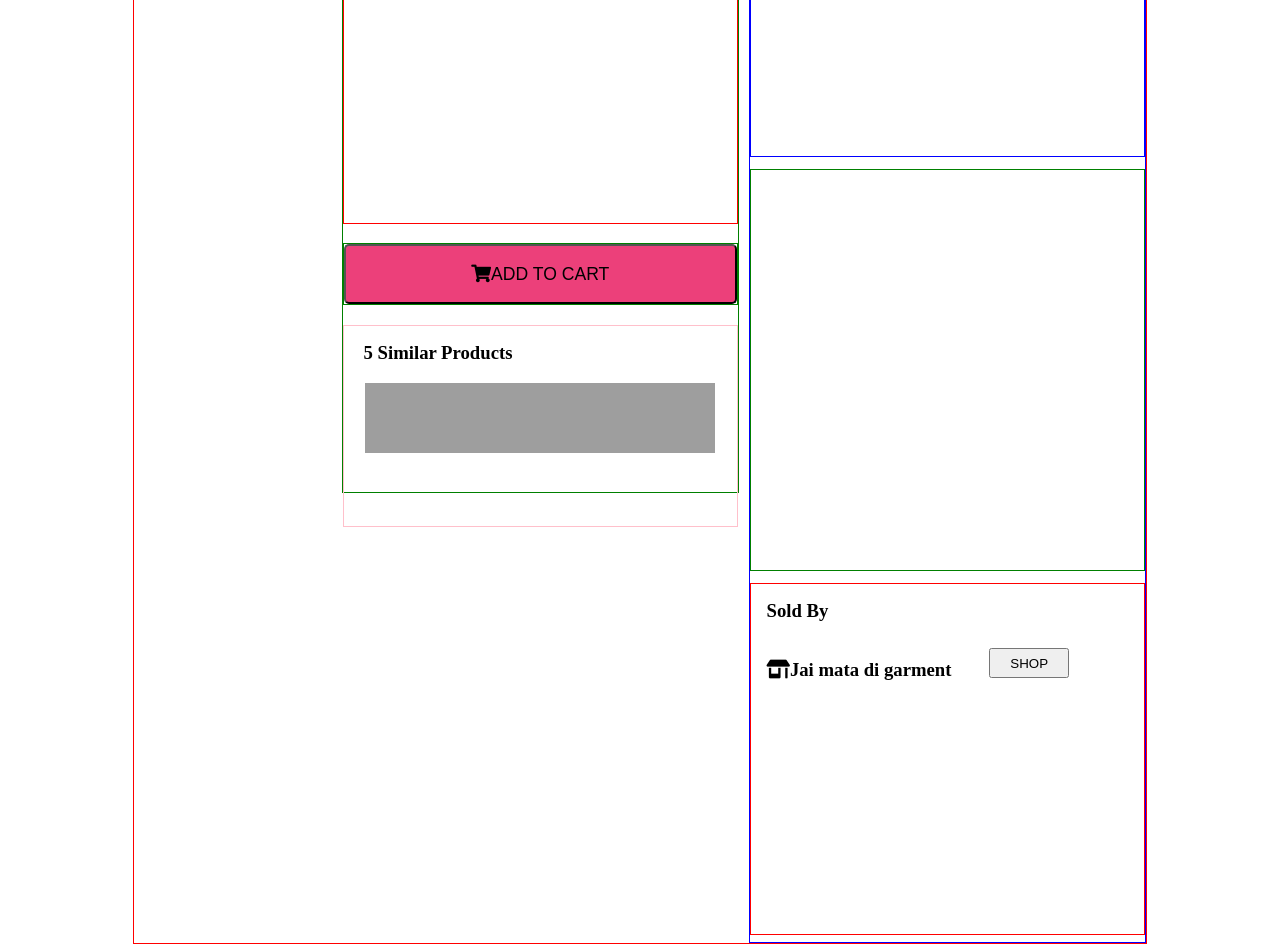
Repository: deepakxxxx/meesho
Page: catelog.html
The author's editor kept a copy of each file at every save. The page is drawn from the files as they stood at one save, then again after the next save.
The browser window is 1280 px wide. The pictures show the part of the page from y = 419 to 1371 px (the page is 1371 px tall).
Pictures or frames that could not be fetched are drawn as grey boxes. A picture or video elsewhere on the page could not be fetched, so the positions and the page height are approximate.

Above is the page before, as saved 2021-11-06 17:44:56.

### catelog.html
<!DOCTYPE html>
<html lang="en">
<head>
    <meta charset="UTF-8">
    <meta http-equiv="X-UA-Compatible" content="IE=edge">
    <meta name="viewport" content="width=device-width, initial-scale=1.0">
    <link rel="stylesheet" href="https://use.fontawesome.com/releases/v5.15.4/css/all.css" integrity="sha384-DyZ88mC6Up2uqS4h/KRgHuoeGwBcD4Ng9SiP4dIRy0EXTlnuz47vAwmeGwVChigm" crossorigin="anonymous">
    <title>Document</title>
</head>
<style>
      #main{
        width: 100%;
        height: 136px;
        border: 1px solid white;
        margin: auto;
        /* position: fixed; */
    }
    #top{
        width: 100%;
        height: 70px;
        /* border: 1px solid red; */
        display: flex;

    }
    #left{
        display: flex;
        width: 55%;
    }
    #meesho{
      text-decoration: none;
      font-size: 50px;
      color: #F06292;
      font-weight: bold;
      margin-left: 25%;
      margin-top: 1%;
      /* margin-right: 0px; */
    }
    #search{
        /* margin-left: 30%; */
        height: 60px;
        width: 400px;
        border-radius: 6px;
        margin-top: 1%;
        /* margin-left: 0px; */
        border: 1px solid #BDBDBD;
        font-size: 90%;
        /* margin-right: 60%; */
    }
    #right{
        display: flex;
        list-style-type: none;
        column-gap: 30px;

    }
    #rightmain{
        width: 45%;
        margin-right: 6%;
        /* margin-top: 9px; */
    }
    #app{
        text-decoration: none;
        margin-left: 10px;
        margin-top: 9px;
        font-size: 103%;
        color: black;
    }
    #supp{
        text-decoration: none;
        margin-top: 9px;
        font-size: 103%;
        color: black;
    }
    #profile{
        text-decoration: none;
        font-size: 103%;
        color: black;
    }
    #cart{
        text-decoration: none;
        font-size: 103%;
        color: black;
    }
    #app:hover{
        color: #EC407A;
        text-decoration: underline;
    }
    #profile:hover{
        color: #EC407A;
        text-decoration: underline;
    }
    .line1{
        height: 30px;
    }
    .line2{
        color: #BDBDBD;
    }
    #heading
    {
        width: 73%;
        margin:  5% auto auto auto ;
        display: grid;
        grid-template-columns: 23% 54% 23%;
        padding: 1%;
        position: sticky;
    }
    #topic{
        margin-top:-15px;
        text-align: center;
    }
    #collection{
        display: flex;
        margin-left: 2%;
        list-style-type: none;
        font-size: 105%;
        column-gap: 63px;

    }
    ul > a{
        text-decoration: none;
        color: black;
    }
    ul > a :hover{
        color: #EC407A;
        /* text-decoration: underline; */
    }
    #container{
        width: 80%;
        border: 1px solid red;
        margin: auto;
        display: flex;
        margin-top: 1%;
        column-gap: 1%;
    }
    #smallImg{
        width: 20%;
        /* border: 1px solid blue; */
        height: 300px;
    }
    #bigImg{
        width: 40%;
        border: 1px solid green;
        height: 750px;
    }
    #descr{
        width: 40%;
        border: 1px solid blue;
        height: 1200px;
    }
    .product_sneek_peek{
        width: 70px;
        height: 70px;
        border: 1px solid red;
        margin-left: 69%;
        border-radius: 5px;
    }
    #imgDi{
        width: 99.5%;
        height: 480px;
        border: 1px solid red;
    }
    #addto{
        width: 99.5%;
        height: 60px;
        border: 1px solid green;
        margin-top: 5%;
    }
    #addto > button{
        width: 100%;
        height: 100%;
        background-color: #EC407A;
        font-size: 110%;
        border-radius: 5px;
    }
    #similar{
        width: 99.5%;
        height: 200px;
        border: 1px solid pink;
        margin-top: 5%;
    }
    #deta{
        width: 99.5%;
        height: 200px;
        border: 1px solid red;
    }
    #sizes{
        width: 99.5%;
        height: 200px;
        border: 1px solid blue;
        margin-top: 3%;
    }
    #infor{
        width: 99.5%;
        height: 400px;
        border: 1px solid green;
        margin-top: 3%;
    }
    #deler{
        width: 99.5%;
        height: 350px;
        border: 1px solid red;
        margin-top: 3%;
    }
    #similar > h3{
        margin-left: 5%;
        margin-top: 4%;
    }
    #simimg{
        display: flex;
        justify-content: center;
    }
    #simimg > img{
        width: 70px;
        height: 70px;
    }
    #deler > h3{
        margin-top: 4%;
        margin-left: 4%;
    }
    #sho{
        display: flex;
        margin-left: 4%;
        column-gap: 10%;
    }
    #sho > button{
        width: 80px;
        height: 30px;
        margin-top: 2%;
    }
</style>
<body>
    <div id="main">

        <div id="top">
            <div id="left">
             <span><a href="" id="meesho"><img src="https://cdn.hevodata.com/customer/logo/8c76f62bd88177a78bb6e2810a244446.png" alt="" rel = "icon" width="40%"></span></a>
             <span><input type="search" id="search" placeholder="Try Saree,Kurti or Search by Product Code"> </span>
            </div>
            <div id="rightmain">
                <ul id="right">
                    <div id="app">
                      <li><a href="" id="app"><i class="fas fa-mobile-alt"></i></a><a href="" id="app">Download App</a></li>

                    </div>
                    <hr class="line1">
                    <div id="supp">
                      <li><a href="" id="supp">Become a Supplier</a></li>

                    </div>
                    <hr class="line1">
                    <div>
                       <a href="" id="profile"><i class="far fa-user"></i></a>
                      <li><a href="" id="profile">Profile</a></li>
                    </div>

                    <hr class="line1">
                    <div>
                      <a href="" id="cart"><i class="fas fa-shopping-cart"></i></a>
                      <li><a href="" id="cart">Cart</a></li></li>
                    </div>

                </ul>
            </div>
        </div>

        <hr class="line2">
        <div id="secondLine">
        <ul id="collection">
            <a href="" class="same"><li>Women Ethnic</li></a>

            <a href="" class="same"><li>Women Western</li></a>

            <a href="" class="same"><li>Jewellery & Accessories</li></a>
            <a href="" class="same"><li>Men</li></a>
            <a href="" class="same"><li>Beauty & Health</li></a>
            <a href="" class="same"><li>Bags & Footwear</li></a>
            <a href="" class="same"><li>Home & Kitchen</li></a>
            <a href="" class="same"><li>Kids</li></a>
            <a href="" class="same"><li>Electronics</li></a>
        </ul>
      </div>
      <hr class="line2">
    </div>

    <div id="container">
        <div id="smallImg">
            <div class="product_sneek_peek">

            </div>
        </div>
        <div id="bigImg">
            <div id="imgDi">

            </div>
            <div id="addto">
                <button><i class="fas fa-shopping-cart"></i>ADD TO CART</button>
            </div>
            <div id="similar">
            <h3>5 Similar Products</h3>
            <div id="simimg">
                <img src="https://images.meesho.com/images/products/59272960/fddtp_512.jpg"/>
                <img src="https://images.meesho.com/images/products/59272964/a4l8y_512.jpg"/>
                <img src="https://images.meesho.com/images/products/59272962/azz7k_512.jpg"/>
                <img src="https://images.meesho.com/images/products/59272963/a5qjv_512.jpg"/>
                <img src="https://images.meesho.com/images/products/59272961/mx9tt_512.jpg"/>
            </div>
            </div>
        </div>
        <div id="descr">
            <div id="deta"></div>
            <div id="sizes"></div>
            <div id="infor"></div>
            <div id="deler">
                <h3>Sold By</h3>
                <div id="sho">
                    <h3><i class="fas fa-store-alt"></i>Jai mata di garment</h3>
                    <button>SHOP</button>
                </div>

            </div>
        </div>
    </div>
</body>
</html>

After the next save:
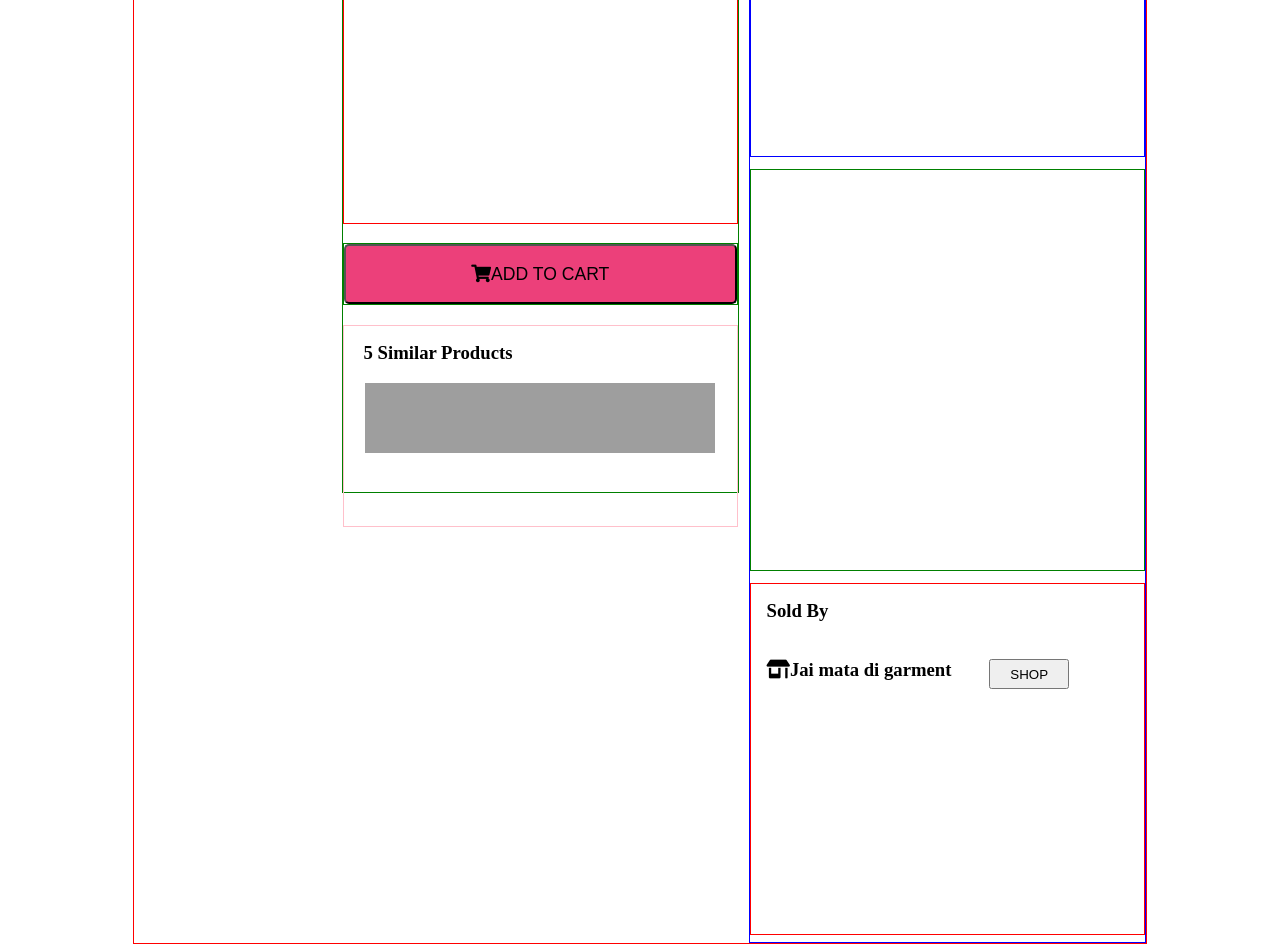
Saved 7 s later.
--- a/catelog.html
+++ b/catelog.html
@@ -224,7 +224,7 @@
     #sho > button{
         width: 80px;
         height: 30px;
-        margin-top: 2%;
+        margin-top: 5%;
     }
 </style>
 <body>
